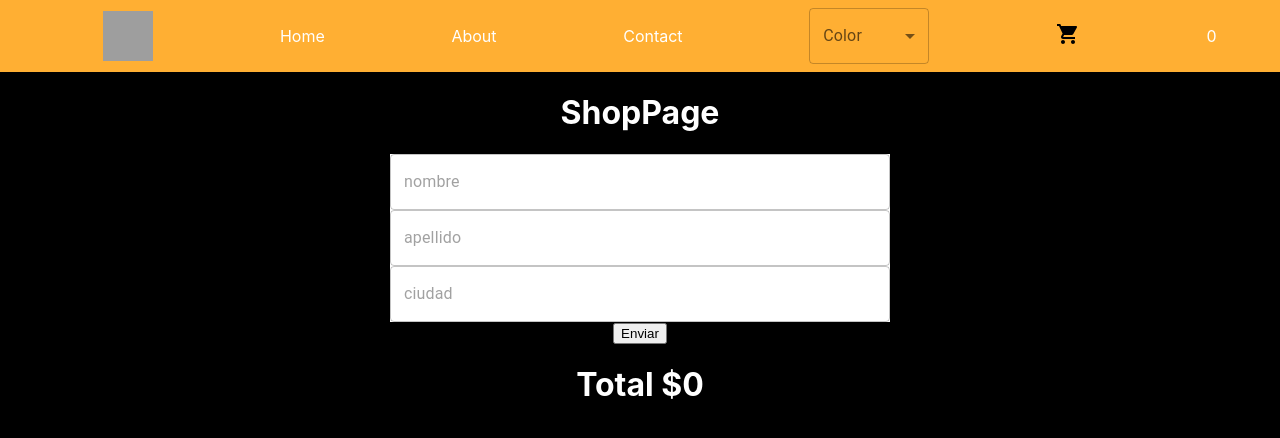
Repository: Toydrum/React-Hector-Coronado-EntregaFinal
Page: /shop
An editor plug-in stored every save of this project. The page is shown before and after a run of saves, followed by the edit.
The browser window is 1280 px wide. The pictures show the whole page.
Pictures or frames that could not be fetched are drawn as grey boxes. The project was rebuilt for these pictures with package versions that can differ from the ones it lists, and the page was loaded fresh each time. Also part of the build but not shown: vite.config.js, src/components/Button/Button.css, src/components/Button/Button.jsx, src/components/CardUser/CardUser.css, src/components/CardUser/CardUser.jsx, src/components/CardList/CardList.jsx, src/pages/HomePage/HomePage.jsx, src/pages/ContactPage/ContactPage.jsx and 4 more.

Above is the page before, as saved 2023-07-19 15:47:45.

After the next 2 saves:
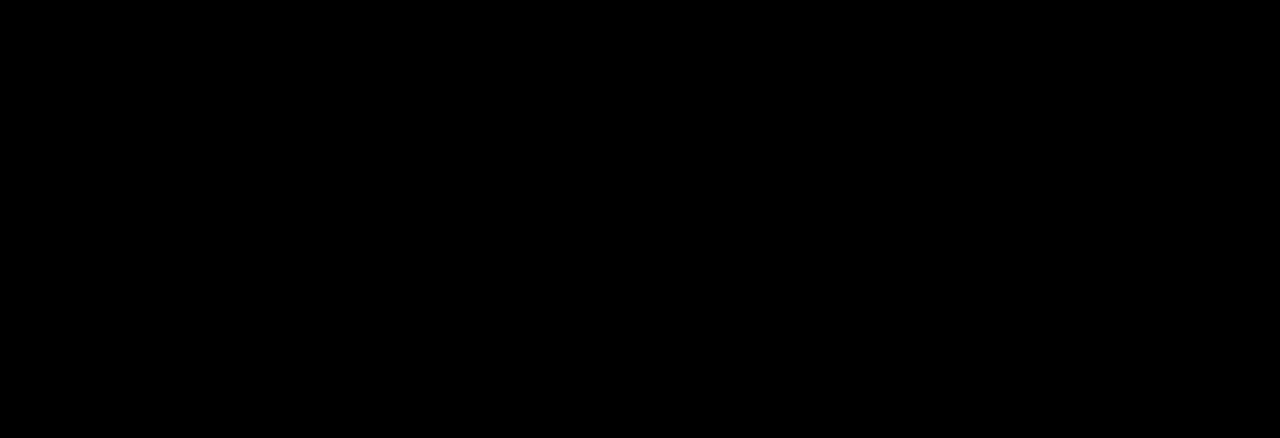
Console error: ReferenceError: blanco is not defined
The 2 saves are shown as one change because 1 did not build or start.
The last was saved 4 min 57 s later.
--- a/src/components/MenuColor/MenuColor.jsx
+++ b/src/components/MenuColor/MenuColor.jsx
@@ -10,7 +10,11 @@
 
   const handleChange = (event) => {
     setAge(event.target.value);
-    console.log(event);
+    console.log(event.pointerId);
+    const blanco = null;
+    const rayado = null;
+    const negro = null;
+    const gris = null;
   };
   return (
     <Box sx={{ minWidth: 120 }}>
@@ -23,10 +27,10 @@
           label="color"
           onChange={handleChange}
         >
-          <MenuItem value={10}>blanco</MenuItem>
-          <MenuItem value={20}>rayado</MenuItem>
-          <MenuItem value={30}>negro</MenuItem>
-          <MenuItem value={30}>gris</MenuItem>
+          <MenuItem value={blanco}>blanco</MenuItem>
+          <MenuItem value={rayado}>rayado</MenuItem>
+          <MenuItem value={negro}>negro</MenuItem>
+          <MenuItem value={gris}>gris</MenuItem>
         </Select>
       </FormControl>
     </Box>

After the save that followed:
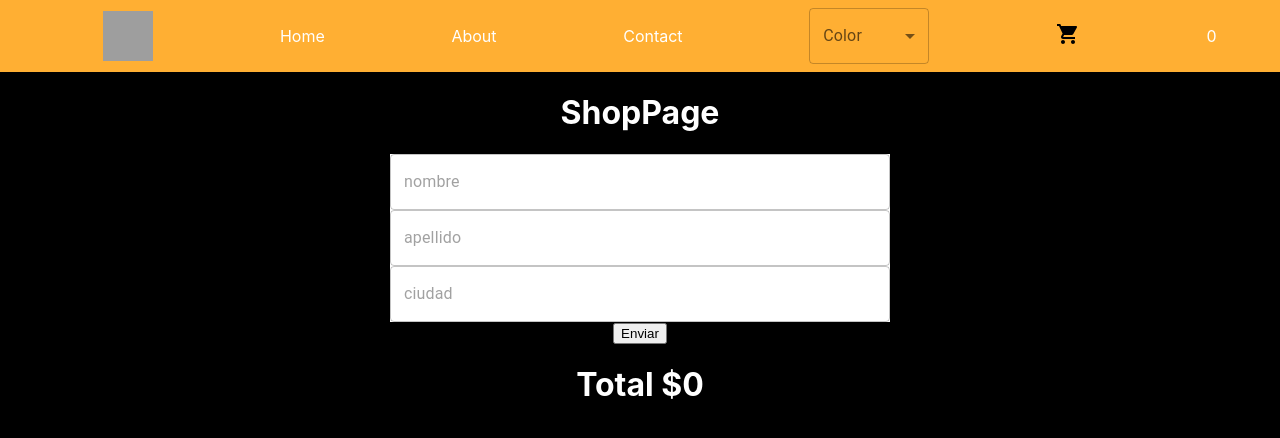
The error is gone.
Saved 91 s later.
--- a/src/components/MenuColor/MenuColor.jsx
+++ b/src/components/MenuColor/MenuColor.jsx
@@ -8,13 +8,13 @@
 export default function BasicSelect() {
   const [age, setAge] = React.useState("");
 
+  const blanco = "blanco";
+  const rayado = "rayado";
+  const negro = "negro";
+  const gris = "gris";
   const handleChange = (event) => {
     setAge(event.target.value);
     console.log(event.pointerId);
-    const blanco = null;
-    const rayado = null;
-    const negro = null;
-    const gris = null;
   };
   return (
     <Box sx={{ minWidth: 120 }}>
